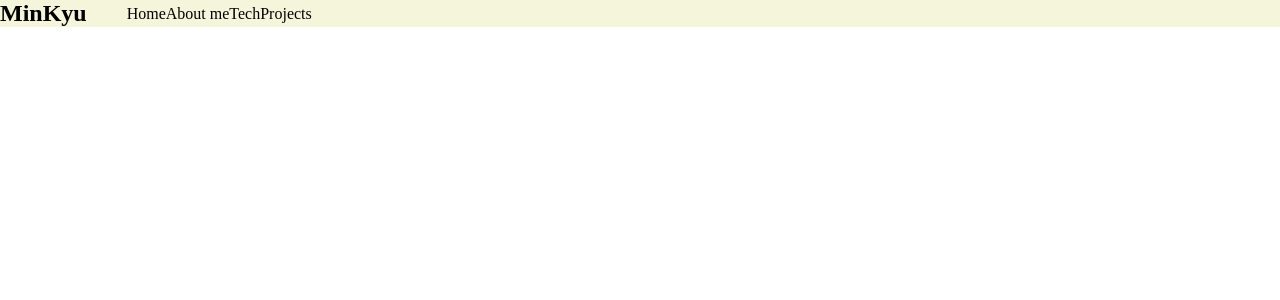
Repository: alsrb0504/portfolio-blog
Page: /
The author's editor kept a copy of each file at every save. The page is drawn from the files as they stood at one save, then again after the next save.
The browser window is 1280 px wide. The pictures show the whole page.
The project was rebuilt for these pictures with package versions that can differ from the ones it lists, and the page was loaded fresh each time. Also part of the build but not shown: src/app.module.css.

Above is the page before, as saved 2021-07-12 15:44:38.

After the next save:
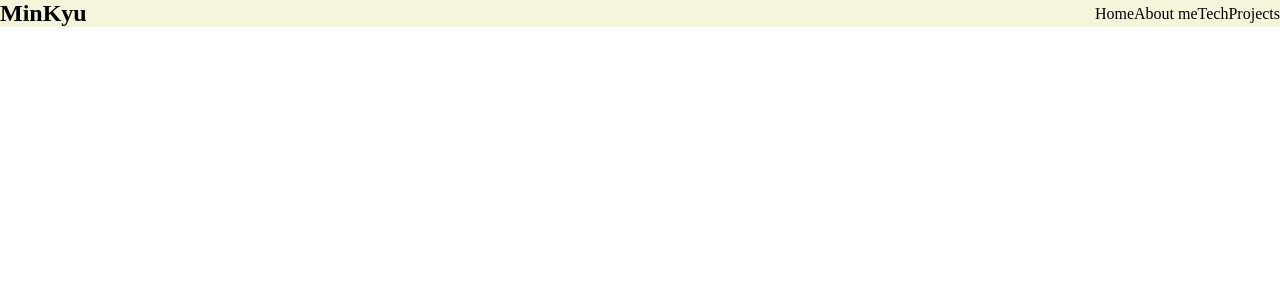
Saved 5 s later.
--- a/src/components/header/header.module.css
+++ b/src/components/header/header.module.css
@@ -2,7 +2,7 @@
   background-color: beige;
   width: 100%;
   display: flex;
-  /* justify-content: center; */
+  justify-content: space-between;
   align-items: center;
 }
 
